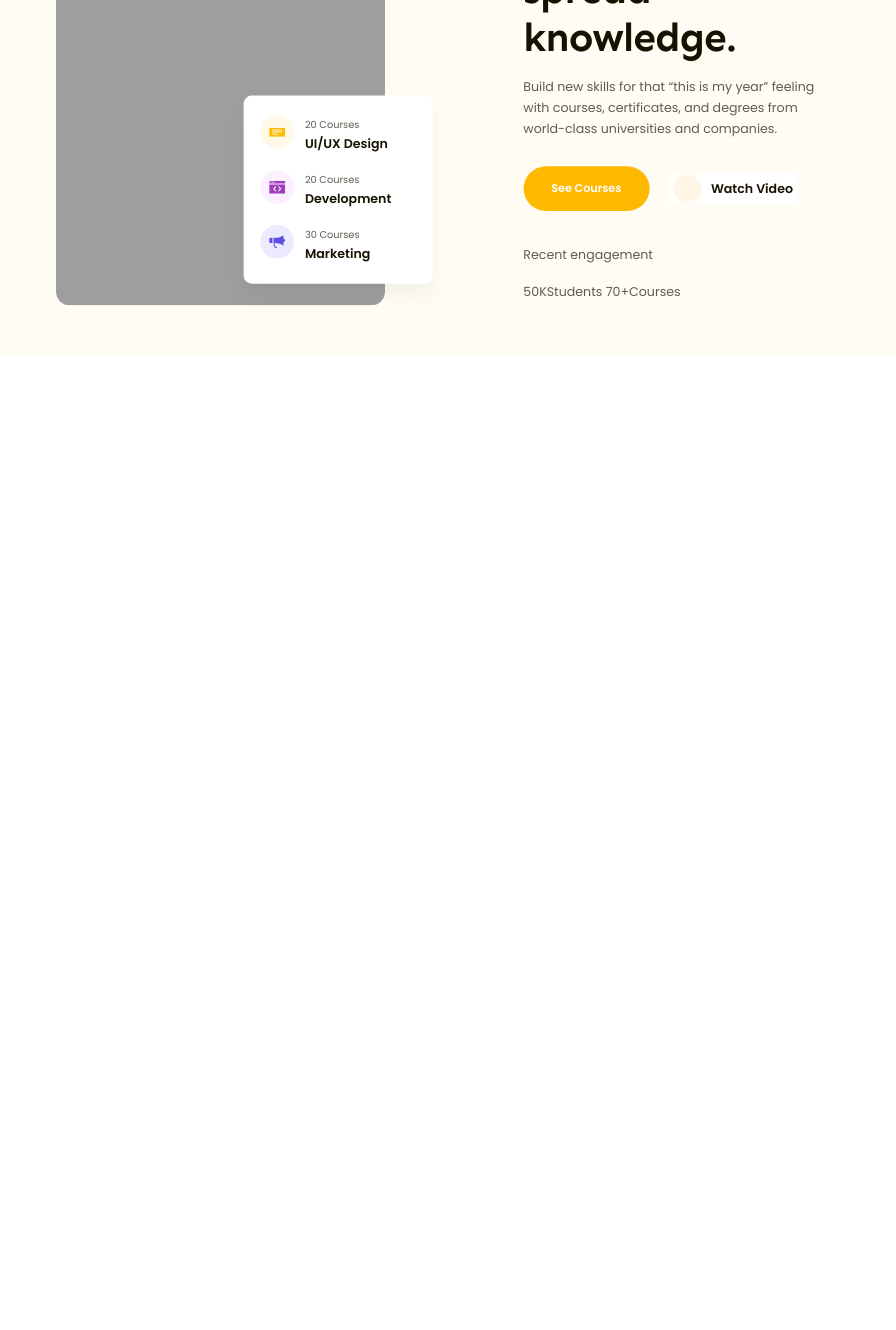
Repository: dovanlanh/f8-project-02
Page: index.html
The author's editor kept a copy of each file at every save. The page is drawn from the files as they stood at one save, then again after the next save.
The browser window is 1280 px wide. The pictures show the part of the page from y = 398 to 2298 px (the page is 10000 px tall), at 70% of full size.
The pointer rests on the first visible `.hero .watch-video .icon`.
Pictures or frames that could not be fetched are drawn as grey boxes.

Above is the page before, as saved 2023-02-05 11:51:25.

### index.html
<!DOCTYPE html>
<html lang="en">
<head>
    <meta charset="UTF-8">
    <meta http-equiv="X-UA-Compatible" content="IE=edge">
    <meta name="viewport" content="width=device-width, initial-scale=1.0">
    <title>F8 Project 02</title>
    <!-- reset css -->
    <link rel="stylesheet" href="./assets/css/reset.css">
    <!-- embed fonts -->
    <link rel="preconnect" href="https://fonts.googleapis.com">
    <link rel="preconnect" href="https://fonts.gstatic.com" crossorigin>
    <link href="https://fonts.googleapis.com/css2?family=Poppins:ital,wght@0,400;0,500;0,600;0,700;1,400&family=Sen:wght@700&display=swap" rel="stylesheet">
    <!-- style -->
    <link rel="stylesheet" href="./assets/css/styles.css">
</head>
<body>
    <main style=" height: 10000px">
        <!-- header  -->
        <header class="header fixed">
            <div class="main-content">
                    <div class="body">
                        <!-- logo -->
                        <img src="./assets/img/Lesson.svg" alt="Lesson" class="Logo">
                        <!-- nav -->
                        <nav class="nav">
                            <ul>
                                <li class="active">
                                    <a href="#!">Home</a>
                                </li>
                                <li>
                                    <a href="#!">Courses</a>
                                </li>
                                <li>
                                    <a href="#!">Pricing</a>
                                </li>
                                <li>
                                    <a href="#!">Reviews</a>
                                </li>
                            </ul>
                        </nav>
                        <!-- active -->
                        <div class="action">
                            <a href="#!" class="btn sign-up-btn">Sign Up</a>
                        </div>
                    </div>
            </div>
        </header>
        <!-- Hero -->
        <div class="hero">
            <div class="main-content">
                <div class="body">
                    <!-- Hero left -->
                    <div class="media-block">
                        <img src="./assets/img/guy-lesson.svg" alt="" class="img">
                        <div class="hero-summary">
                            <div class="item">
                                <div class="icon">
                                    <img src="./assets/img/list-icon1.svg" alt="">
                                </div>
                                <div class="info">
                                    <p class="label">20 Courses</p>
                                    <p class="tittle">UI/UX Design</p>
                                </div>
                            </div>
                            <div class="item">
                                <div class="icon">
                                    <img src="./assets/img/list-icon2.svg" alt="">
                                </div>
                                <div class="info">
                                    <p class="label">20 Courses</p>
                                    <p class="tittle">Development</p>
                                </div>
                            </div>
                            <div class="item">
                                <div class="icon">
                                    <img src="./assets/img/list-icon3.svg" alt="">
                                </div>
                                <div class="info">
                                    <p class="label">30 Courses</p>
                                    <p class="tittle">Marketing</p>
                                </div>
                            </div>
                        </div>
                    </div>
                    <!-- hero-right -->
                    <div class="content-block">
                        <h1 class="heading">Learn without limits and spread knowledge.</h1>
                        <p class="desc">
                            Build new skills for that “this is my year” feeling with courses, certificates, and degrees from world-class universities and companies.
                        </p>
                            <div class="cta-group">
                                <a href="#!" class="btn hero-cta">See Courses</a>
                                <button class="watch-video">
                                    <div class="icon">
                                        <img src="./assets/img/icon-watch-video.svg" alt="">
                                    </div>
                                    <span>Watch Video</span>
                                </button>
                            </div>
                        <p class="desc">Recent engagement</p>
                        <div class="desc stats">
                            <strong>50K</strong>Students
                            <strong>70+</strong>Courses
                        </div>
                    </div>
                </div>
            </div>
        </div>

    </main>
</body>
</html>

### assets/css/styles.css
* {
    box-sizing: border-box;
}
:root {
    --font-heading: sen, sans-serif;
    --primary-color:#FFB900;
}
html,
body {
    scroll-behavior: smooth;
    font-size: 62.5%;
}

html {
    font-size: 62.5%;
}

body {
    font-size: 1.6rem;
    font-family: 'Poppins', sans-serif;
}

/* common */
a {
    text-decoration: none;
}
.main-content {
    width: 1170px;
    max-width: calc(100% - 48px);
    margin-left: auto;
    margin-right: auto;
}
.btn {
    min-width: 118px;
    display: inline-block;
    padding: 0 16px;
    align-items: center;
    line-height: 50px;
    font-weight: 600;
    font-size: 1.6rem;
    text-align: center;
    color: #FFFFFF;
    background: #171100;
    border-radius: 999px;
}
.btn:hover {
    opacity: 0.9;
}
/* header */
.header {
    background:#FFFCF4;
}
.header.fixed {
    position: sticky;
    top: -32px;
}
.header .body {
    display: flex;
    align-items: center;
    padding: 36px 0 8px;
}
.nav ul {
    display: flex;
}

.nav {
    margin-left: auto;
}
.nav a {
    position: relative;
    padding: 8px 21px;
    font-weight: 400;
    font-size: 1.6rem;
    color: #5F5B53;
}
.nav a:hover,
.nav li.active a {
    text-shadow: 1px 0 0 currentColor;
    color: #171100;
}
.nav li.active a::after {
    left: 21px;
    bottom: 6px;
    display: block;
    content: "";
    position: absolute;
    width: 12px;
    height: 2px;
    background: #171100;
    border-radius: 1px;
}
.header .sign-up-btn {
    min-width: 144px;
}
.header .action {
    margin-left: 49px;
}

/* hero */
.hero {
    padding: 56px;
    background:#FFFCF4;
}
.hero .body {
    display: flex;
}
/* hero left */
.hero .media-block {
    width: 48%;
    position: relative;
}

.hero .media-block .img {
    width: 470px;
    height: 685px;
    object-fit: cover;
    border-radius: 20px;
}
.hero .media-block .hero-summary {
    position: absolute;
    right: 0;
    bottom: 48px;
}
.hero .hero-summary {
    width: 270px;
    padding: 28px 24px;
    background: #FFFFFF;
    box-shadow: 0px 16px 32px rgba(0, 0, 0, 0.05);
    border-radius: 12px;
}
.hero-summary .item {
    display: flex;
}
.hero-summary .icon {
    width: 48px;
    height: 48px;
    border-radius: 50%;
    display: flex;
    align-items: center;
    justify-content: center;
    background: #FFF9E8;
}
.hero-summary .info {
    margin-left: 16px;
}
.hero-summary .label {
    font-weight: 400;
    font-size: 1.4rem;
    line-height: 1.86;
    color: #5F5B53;
}
.hero-summary .tittle {
    font-weight: 600;
    font-size: 1.8rem;
    line-height: 1.67;
    color: #171100;
}
.hero-summary .item + .item {
    margin-top: 22px;
}
.hero-summary .item:nth-of-type(2) .icon {
    background: #FCEFFF;
}
.hero-summary .item:nth-of-type(3) .icon {
    background: #EBEAFF;
}
/* hero right */
.hero .content-block {
    width: 52%;
    padding: 64px 0 0 130px;
}
.hero .content-block .heading {
    font-family: var(--font-heading);
    font-weight: 700;
    font-size: 5.8rem;
    line-height: 1.17;
    letter-spacing: -0.02em;
    color: #171100;
}
.content-block .desc {
    margin: 22px 0;
    font-weight: 400;
    font-size: 1.8rem;
    line-height: 1.67;
    color: #5F5B53;
}
.content-block .cta-group {
    margin: 38px 0 48px;
}
.content-block .cta-group .hero-cta{
    min-width: 180px;
    background-color: var(--primary-color);
    line-height: 64px;
}
.content-block .cta-group {
    display: flex;
    align-items: center;
}
.hero .watch-video {
    margin-left: 28px;
    display: flex;
    align-items: center;
    border: none;
    background: #fff;
}
.cta-group span {
    font-family: 'poppins', sans-serif;
    margin-left: 14px;
    font-weight: 600;
    font-size: 1.8rem;
    line-height: 1.67;
    color: #171100;
}
.hero .watch-video .icon {
    display: flex;
    align-items: center;
    justify-content: center;
    width: 40px;
    height: 40px;
    background: #FFFFFF;
    box-shadow: 0px 8px 16px rgba(0, 0, 0, 0.07);
    border-radius: 50%;
    cursor: pointer;
}
.hero .watch-video .icon:hover {
    background: orange;
    opacity: 0.1;
}

Loaded but not shown: assets/css/reset.css (common file)

After the next save:
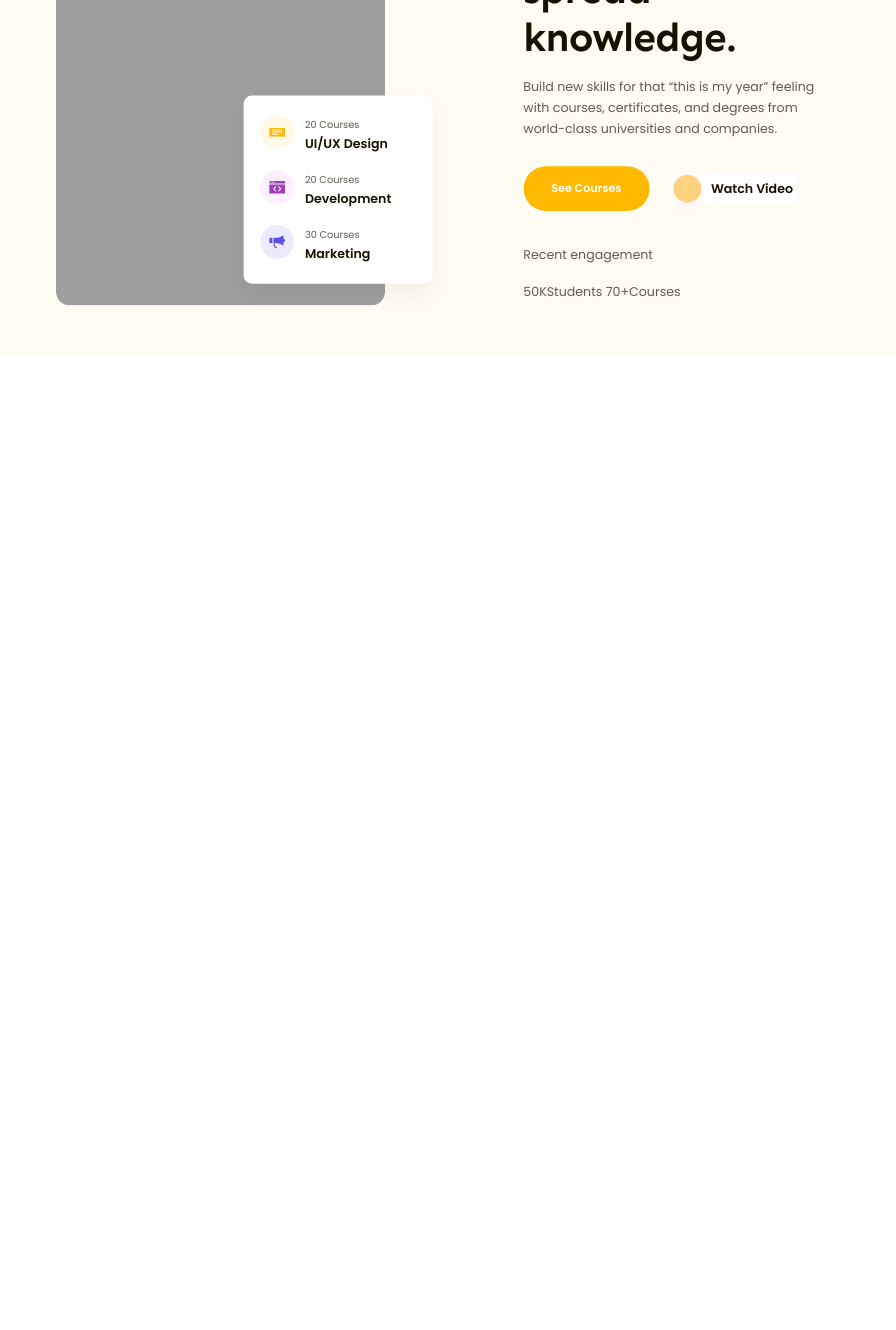
Saved 7 s later.
--- a/assets/css/styles.css
+++ b/assets/css/styles.css
@@ -224,5 +224,5 @@ a {
 }
 .hero .watch-video .icon:hover {
     background: orange;
-    opacity: 0.1;
-}
+    opacity: 0.5;
+}
